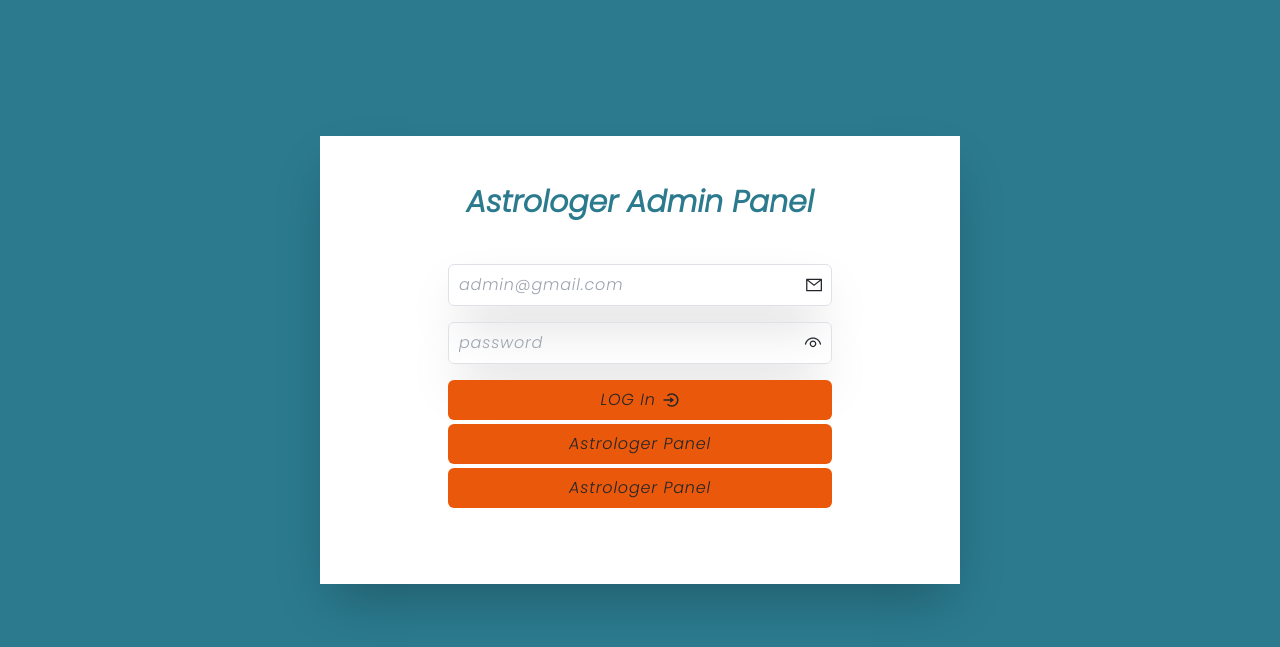
Repository: FlyweisReact/Hariom-Admin-Panel
Page: /
An editor plug-in stored every save of this project. The page is shown before and after the next save, followed by the edit.
The browser window is 1280 px wide. The pictures show the whole page.
Some web libraries are served in a nearby version. The project was rebuilt for these pictures with package versions that can differ from the ones it lists, and the page was loaded fresh each time. Also part of the build but not shown: src/components/vendorPanel/components/layout/Navbar.jsx, src/components/vendorPanel/components/layout/Sidebar.jsx, src/components/vendorPanel/components/layout/HOC.jsx, src/components/vendorPanel/components/pages/Astrologer/Astrologers.js, src/components/vendorPanel/components/pages/Astrologer/Banners.js, src/vendorPanel/layout/Navbar.jsx, src/vendorPanel/layout/Sidebar.jsx, src/vendorPanel/layout/HOC.jsx and 5 more. Imported but missing from the stored project, and not drawn on this page: src/components/vendorPanel/components/pages/Astrologer/AdminDiscount, src/components/vendorPanel/components/pages/Astrologer/AdminReview, src/components/vendorPanel/components/pages/Astrologer/UploadDocs, src/components/vendorPanel/components/pages/Booking/Booking, src/components/vendorPanel/components/pages/Horoscope/Horoscope, src/components/vendorPanel/components/pages/Kundli/Kundli, src/components/vendorPanel/components/pages/Message/Message, src/components/vendorPanel/components/pages/Support and 2 more.

Above is the page before, as saved 2023-04-15 15:06:42.

After the next save:
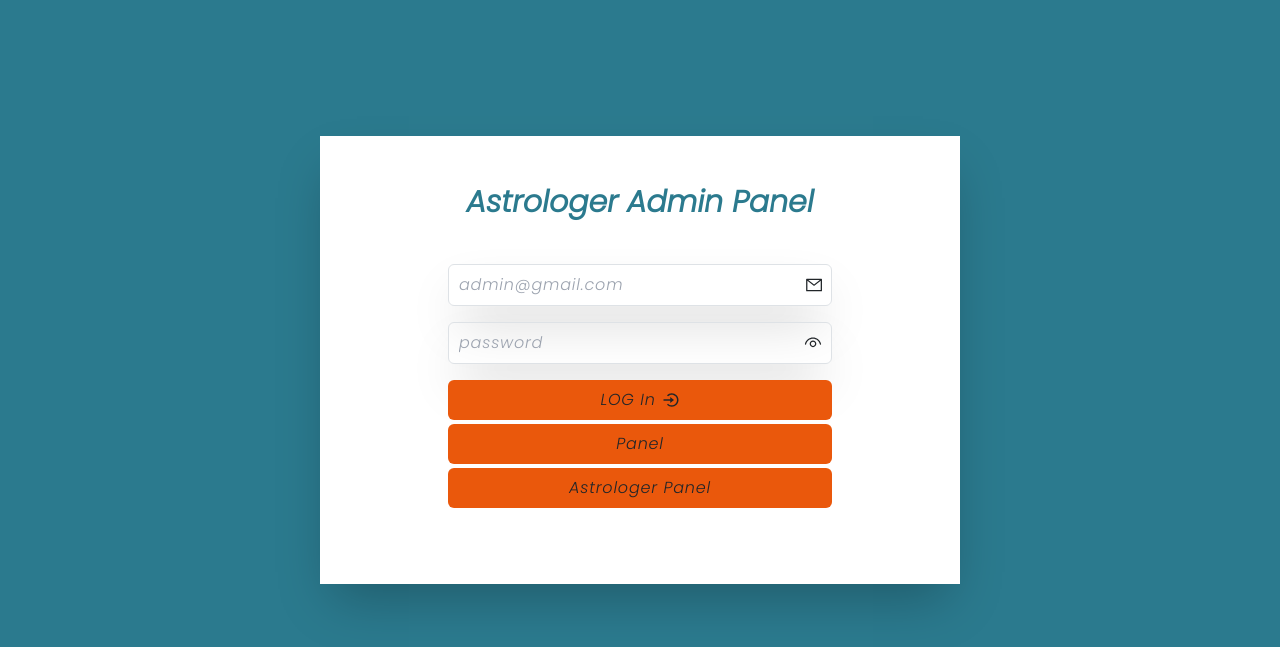
Saved 9 s later.
--- a/src/components/vendorPanel/components/forms/VendorLogin.jsx
+++ b/src/components/vendorPanel/components/forms/VendorLogin.jsx
@@ -89,7 +89,7 @@ const VendorLogin = () => {
               onClick={() => navigate("/")}
               className="py-2 cursor-pointer tracking-wider bg-orange-600 flex justify-center items-center w-full rounded-md font-medium mt-1 "
             >
-              Astrologer Panel
+               Panel
             </button>
             <button
               type="button"
